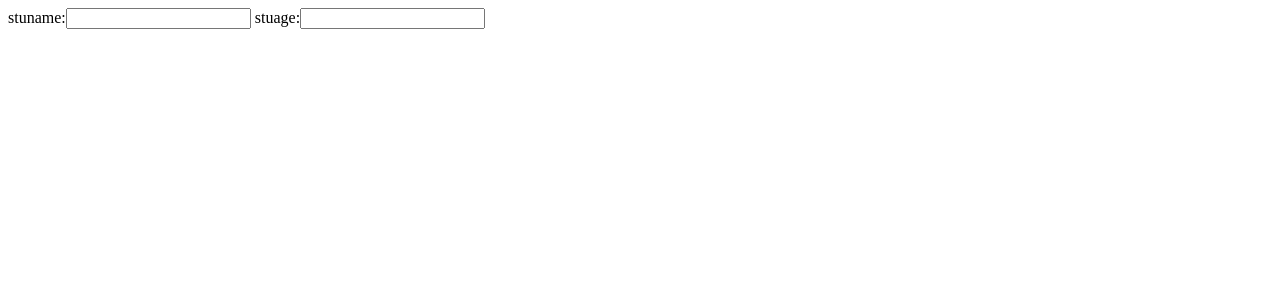
Repository: byuan98/study
Page: http://localhost/day094web/jsps/index.jsp
The author's editor kept a copy of each file at every save. The page is drawn from the files as they stood at one save, then again after the next save.
The browser window is 1280 px wide. The pictures show the whole page.
The page is served by Tomcat 9. Nobody is signed in. The application's start-up code is not run.

Above is the page before, as saved 2021-04-21 15:08:58.

After the next save:
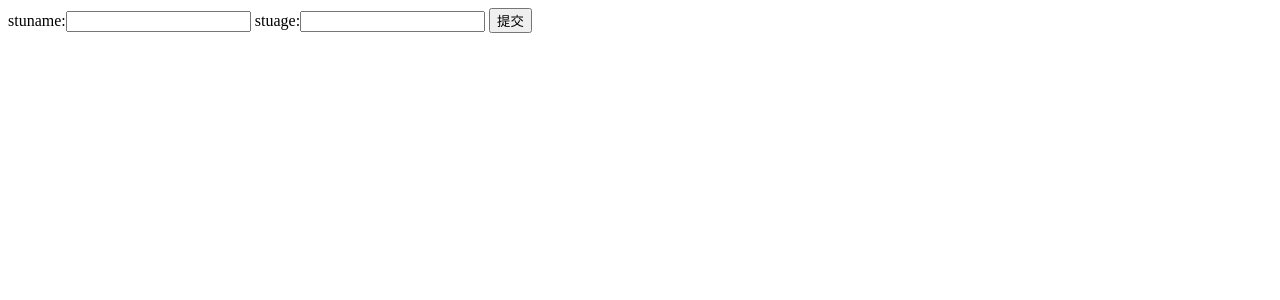
Saved 29 s later.
--- a/day094web/WebContent/jsps/index.jsp
+++ b/day094web/WebContent/jsps/index.jsp
@@ -10,6 +10,7 @@
     <form action="<core:url value='/testone.action'/>" method="get">
         stuname:<input type="text" name="stuname"/>
         stuage:<input type="text" name="stuage"/>
+        <input type="submit" value="提交">
     </form>
 </body>
 </html>
